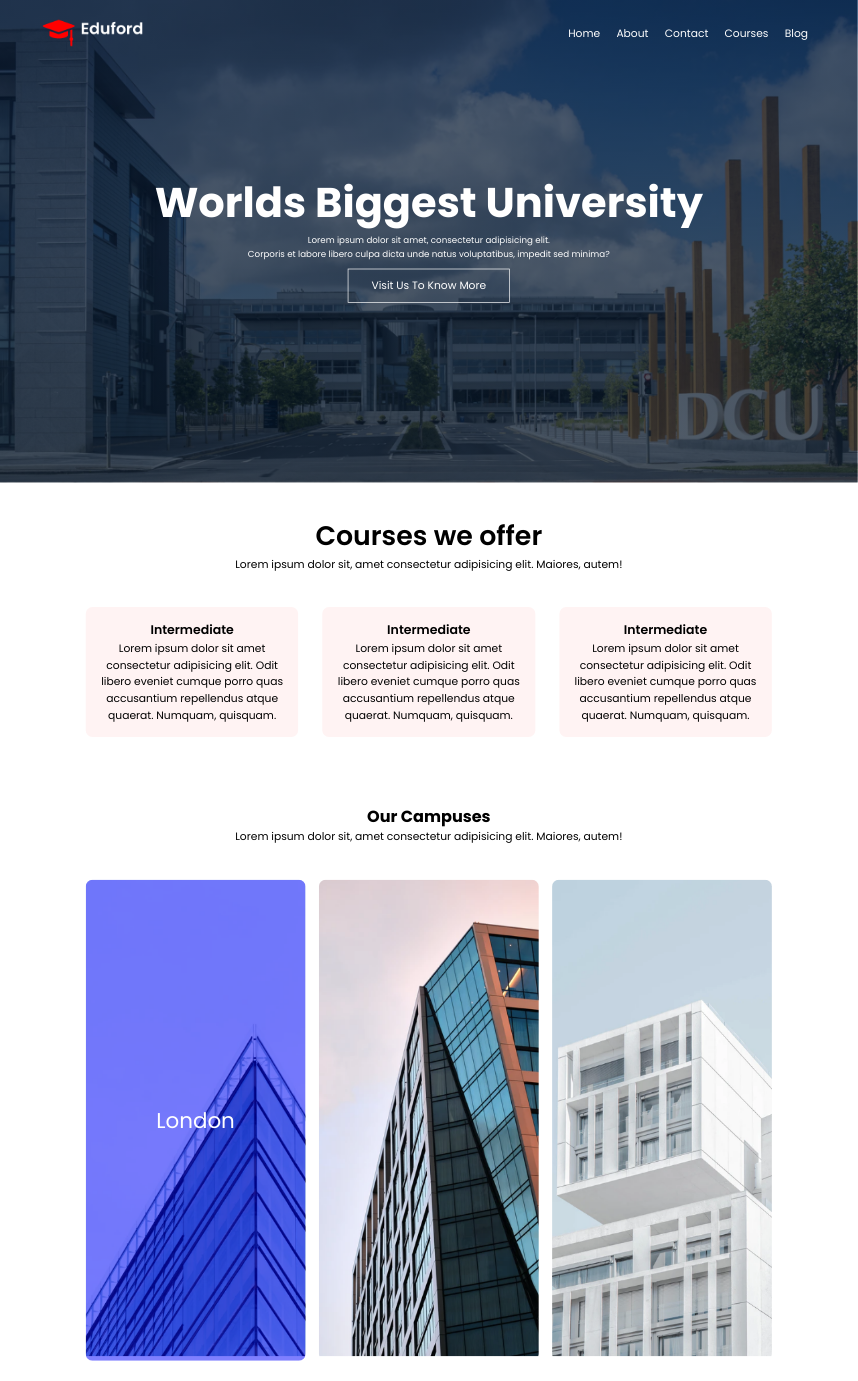
Repository: yashrajverma/Practise
Page: index.html
These files come from the project's save history. The page is drawn as it stood at one moment and after the next save; the edit follows.
The browser window is 1280 px wide. The pictures show the whole page, at 67% of full size.
The pointer rests on the first visible `.campus-col .layer`.

Above is the page before, as saved 2021-04-27 12:35:21.

After the next save:
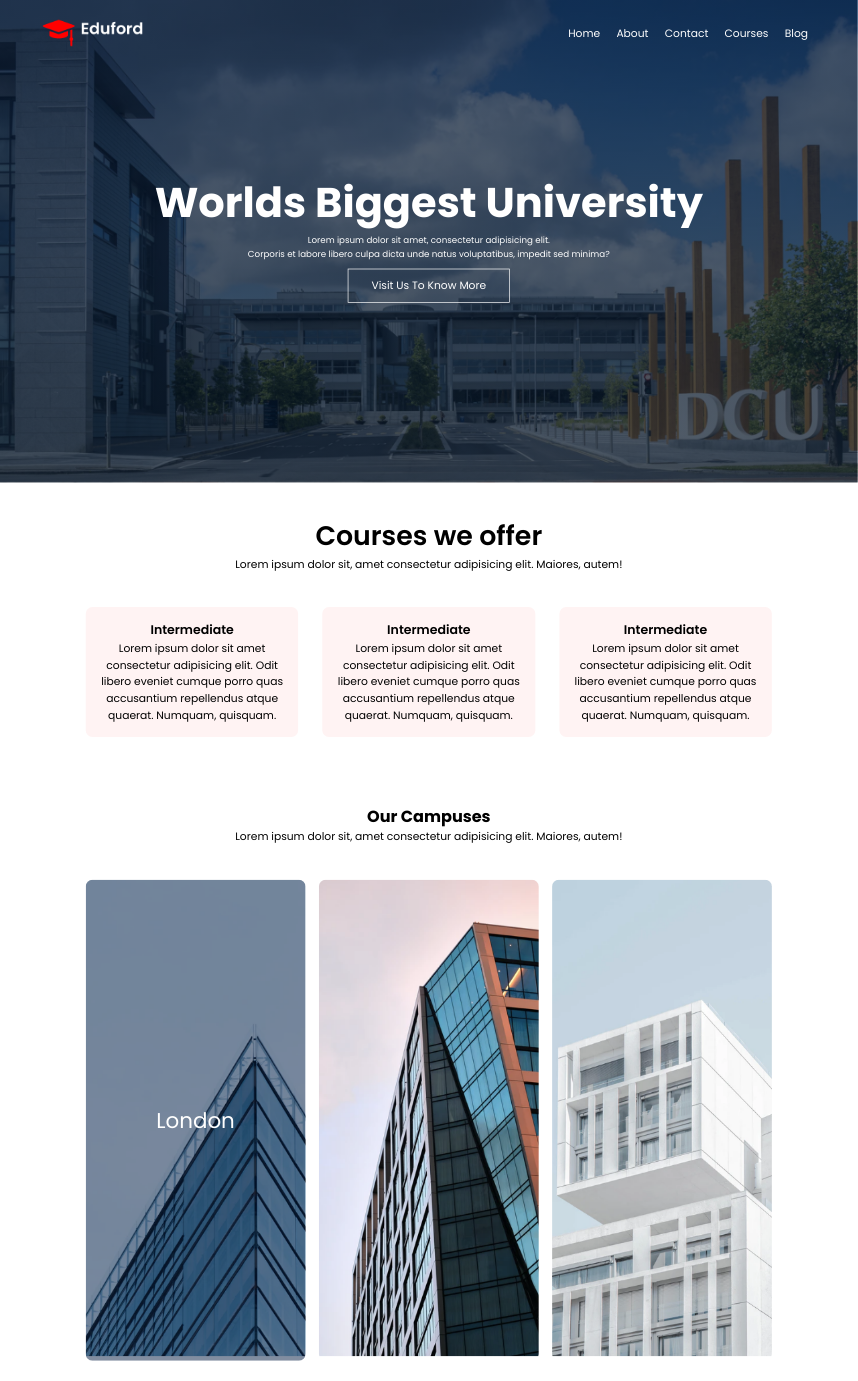
Saved 33 s later.
--- a/style.css
+++ b/style.css
@@ -179,7 +179,8 @@
     transition: 0.5s;
 }
 .campus-col .layer:hover{
-   background: rgba(0,0,255,0.5);
+   background: rgba(4, 29, 66, 0.5);
+
 }
 
 .layer h3{
